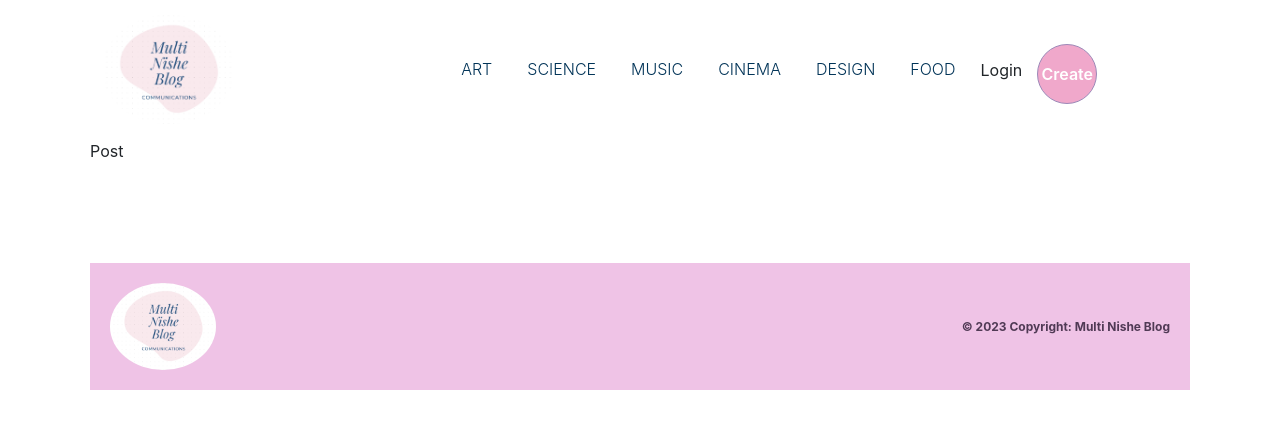
Repository: LolaSL/multi-niche-blog
Page: /post/1 (app in frontend/)
These files come from the project's save history. The page is drawn as it stood at one moment and after the next save; the edit follows.
The browser window is 1280 px wide. The pictures show the whole page.
The pointer rests on the first visible `.create`.
The project was rebuilt for these pictures with package versions that can differ from the ones it lists, and the page was loaded fresh each time. Also part of the build but not shown: frontend/src/pages/Register.jsx, frontend/src/pages/Login.jsx, frontend/src/pages/CreatePost.jsx, frontend/src/pages/Home.jsx.

Above is the page before, as saved 2023-01-29 09:49:13.

### frontend/public/index.html
<!DOCTYPE html>
<html lang="en">
  <head>
    <meta charset="utf-8" />
    <link rel="icon" href="%PUBLIC_URL%/favicon.ico" />
    <meta name="viewport" content="width=device-width, initial-scale=1" />
    <meta name="theme-color" content="#000000" />
    <meta
      name="description"
      content="Web site created using create-react-app"
    />
    <link rel="apple-touch-icon" href="%PUBLIC_URL%/logo192.png" />
    <!--
      manifest.json provides metadata used when your web app is installed on a
      user's mobile device or desktop. See https://developers.google.com/web/fundamentals/web-app-manifest/
    -->
    <link rel="manifest" href="%PUBLIC_URL%/manifest.json" />
    <link rel="stylesheet" href="https://cdn.jsdelivr.net/npm/bootstrap@5.2.3/dist/css/bootstrap.min.css"
    integrity="sha384-rbsA2VBKQhggwzxH7pPCaAqO46MgnOM80zW1RWuH61DGLwZJEdK2Kadq2F9CUG65" crossorigin="anonymous" />
  <link rel="stylesheet" href="https://cdnjs.cloudflare.com/ajax/libs/font-awesome/6.2.1/css/all.min.css" />
    <!--
      Notice the use of %PUBLIC_URL% in the tags above.
      It will be replaced with the URL of the `public` folder during the build.
      Only files inside the `public` folder can be referenced from the HTML.

      Unlike "/favicon.ico" or "favicon.ico", "%PUBLIC_URL%/favicon.ico" will
      work correctly both with client-side routing and a non-root public URL.
      Learn how to configure a non-root public URL by running `npm run build`.
    -->
    <title>React App</title>
  </head>
  <body>
    <noscript>You need to enable JavaScript to run this app.</noscript>
    <div id="root"></div>
    <!--
      This HTML file is a template.
      If you open it directly in the browser, you will see an empty page.

      You can add webfonts, meta tags, or analytics to this file.
      The build step will place the bundled scripts into the <body> tag.

      To begin the development, run `npm start` or `yarn start`.
      To create a production bundle, use `npm run build` or `yarn build`.
    -->
  </body>
</html>

### frontend/src/index.css
body {
  margin: 0;
  font-family: -apple-system, BlinkMacSystemFont, "Segoe UI", "Roboto", "Oxygen",
    "Ubuntu", "Cantarell", "Fira Sans", "Droid Sans", "Helvetica Neue",
    sans-serif;
  -webkit-font-smoothing: antialiased;
  -moz-osx-font-smoothing: grayscale;
}

code {
  font-family: source-code-pro, Menlo, Monaco, Consolas, "Courier New",
    monospace;
}
.app {
  display: flex;
}
.link {
  text-decoration: none;
  color: inherit;
}
.container {
  width: 1124px;
}
/* Login & Registration */

h1 {
  font-size: 20px;
  color: hsl(331, 71%, 80%);
  margin-bottom: 20px;
}
.small-container {
  max-width: 600px;
}
.btn {
 background-color: hsl(264, 25%, 63%);
  font-weight: bold;
  color: white;
}
.btn:hover {
   background-color: hsl(289, 19%, 28%);
  font-weight: bold;
}

/* Navbar */
.logo-image {
  background-color: rgb(237, 203, 233);
  width: 40%;
  height: 40%;
  border-radius: 50%;
}
h6 {
  font-size: 16px;
  font-weight: 300;
  margin: 10px;
  color: hsl(205, 100%, 17%);
}
.navbar {
  padding: 10px 0;
  justify-content: space-between;
  width: 1124px;
}

.links {
  display: flex flex;
  align-items: center;
  gap: 15px;
}
.create {
  background-color: hsl(312, 58%, 85%);
  width: 60px;
  height: 60px;
  border-radius: 50%;
  display: flex;
  align-items: center;
  justify-content: center;
  font-weight: 600;
  border: 1px solid white;
  color: hsl(205, 100%, 17%);
}
.create:hover {
  color: white;
  background-color: hsl(331, 71%, 80%);
  border: 1px solid hsl(264, 25%, 63%);
  font-weight: 600;
}
/* Footer */
footer {
  margin-top: 100px;
  padding: 20px;
  background-color: hsl(312, 58%, 85%);
  display: flex;
  align-items: center;
  justify-content: space-between;
  font-size: 12px;
  color: hsl(289, 19%, 28%);
}
.footer-image {
  background-color: hsl(312, 58%, 85%);
  width: 10%;
  height: 10%;
  border-radius: 50%;
}

/* Home */
.posts {
  margin-top: 50px;
  display: flex;
  flex-direction: column;
  gap: 150px;
}
.post {
  display: flex;
  gap: 100px;
}
.post:nth-child(2n + 1) {
  flex-direction: row-reverse;
}

.post-image {
  flex: 2;
  position: relative;
}
.post-image::after {
  content: "";
  width: 100%;
  height: 100%;
  background-color: hsl(331, 71%, 80%);
  position: absolute;
  top: 20px;
  left: -20px;
  z-index: -1;
}

img {
  width: 100%;
  max-height: 400px;
  object-fit: cover;
}
.content {
  flex: 3;
  display: flex;
  flex-direction: column;
  justify-content: space-between;
}
h1 {
  font-size: 48px;
  color:hsl(289, 19%, 28%);
}

p {
  font-size: 18px;
  color:hsl(289, 19%, 28%);
}

button {
  width: max-content;
  padding: 10px 20px;
  border: none;
  cursor: pointer;
}

### frontend/src/App.js
import React from "react";
import { createBrowserRouter, RouterProvider, Outlet } from "react-router-dom";
import Register from './pages/Register';
import Login from './pages/Login';
import Post from './pages/Post';
import CreatePost from './pages/CreatePost';
import Home from './pages/Home';
import Navbars from "./components/Navbars";
import Footer from "./components/Footer";
import Container from "react-bootstrap/Container";

const Layout = () => {
  return(
    <>
    <Navbars />
    <Outlet/>
    <Footer />
    </>
  )
}
const router = createBrowserRouter([
  {
    path: "/", element: <Layout />,
    children: [
      { path: "/", element: <Home /> },
      { path: "/post/:id", element: <Post /> },
      { path: "/createpost", element: <CreatePost /> },
    ]

  },
  { path: "/register", element: <Register /> },
  { path: "/login", element: <Login /> },
]);

function App() {
  return (
    <div className="App">
      <Container className="container">
             <RouterProvider router={router}></RouterProvider>
</Container>


    </div>
  );
}




export default App;

### frontend/src/components/Navbars.jsx
import React from "react"; // { useContext }
import { Link } from "react-router-dom";
// import { AuthContext } from "../context/authContext";
import Logo from "../img/logo.PNG";
import Container from "react-bootstrap/Container";
// import Nav from "react-bootstrap/Nav";
import Navbar from "react-bootstrap/Navbar";

const Navbars = () => {
  //   const { currentUser, logout } = useContext(AuthContext);

  return (
    <Navbar className="navbar nav" expand="lg">
      <Container className="container">
        <Navbar.Brand className="logo">
          <Link to="/">
            <img src={Logo} alt="Logo" className="logo-image" />
          </Link>
        </Navbar.Brand>
        <Navbar.Toggle aria-controls="basic-navbar-nav mb-4" />
        <Navbar.Collapse id="basic-navbar-nav" className="links me-auto w-100">
            <div>
              <Link className="link" to="/?cat=art">
                <h6>ART</h6>
              </Link>
            </div>
            <div>
              <Link className="link" to="/?cat=science">
                <h6>SCIENCE</h6>
              </Link>
            </div>
            <div>
              <Link className="link" to="/?cat=technology">
                <h6>MUSIC</h6>
              </Link>
            </div>
            <div>
              <Link className="link" to="/?cat=cinema">
                <h6>CINEMA</h6>
              </Link>
            </div>
            <div>
              <Link className="link" to="/?cat=design">
                <h6>DESIGN</h6>
              </Link>
            </div>
            <div>
              <Link className="link" to="/?cat=food">
                <h6>FOOD</h6>
              </Link>
            </div>
            {/* <span>{currentUser?.username}</span>
          {currentUser ? (
            <span onClick={logout}>Logout</span>
          ) : ( */}
            <div>
              <Link className="link" to="/login">
                Login
              </Link>
            </div>
            {/* )} */}
            <span className="create mt-2">
              <div>
                <Link className="link" to="/createpost">
                  Create
                </Link>
              </div>
            </span>
        </Navbar.Collapse>
      </Container>
    </Navbar>
  );
};

export default Navbars;

### frontend/src/components/Footer.jsx
import React from "react";
import Logo from "../img/logo.PNG";

const Footer = () => {
  return (
    <footer>
      <img src={Logo} alt="Footet"  className="footer-image"/>
      <span>
        <b>&copy; {new Date().getFullYear()} Copyright: Multi Nishe Blog</b>
      </span>
    </footer>
  );
};

export default Footer;

Loaded but not shown: frontend/src/index.js (common file); frontend/src/reportWebVitals.js (common file); frontend/src/pages/Post.jsx (common file); frontend/public/manifest.json (common file)

After the next save:
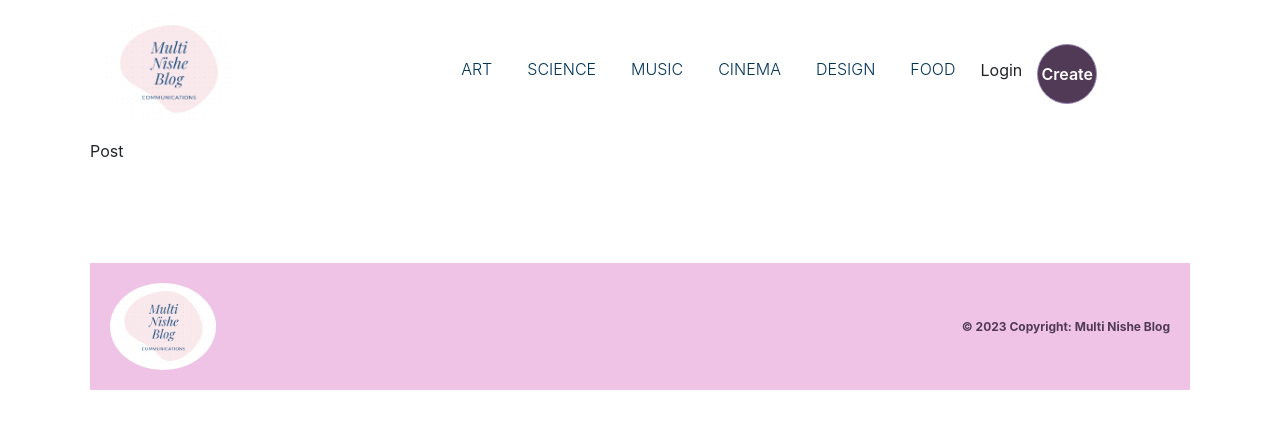
Saved 41 s later.
--- a/frontend/src/index.css
+++ b/frontend/src/index.css
@@ -79,7 +79,7 @@ h6 {
 }
 .create:hover {
   color: white;
-  background-color: hsl(331, 71%, 80%);
+  background-color: hsl(289, 19%, 28%);
   border: 1px solid hsl(264, 25%, 63%);
   font-weight: 600;
 }
